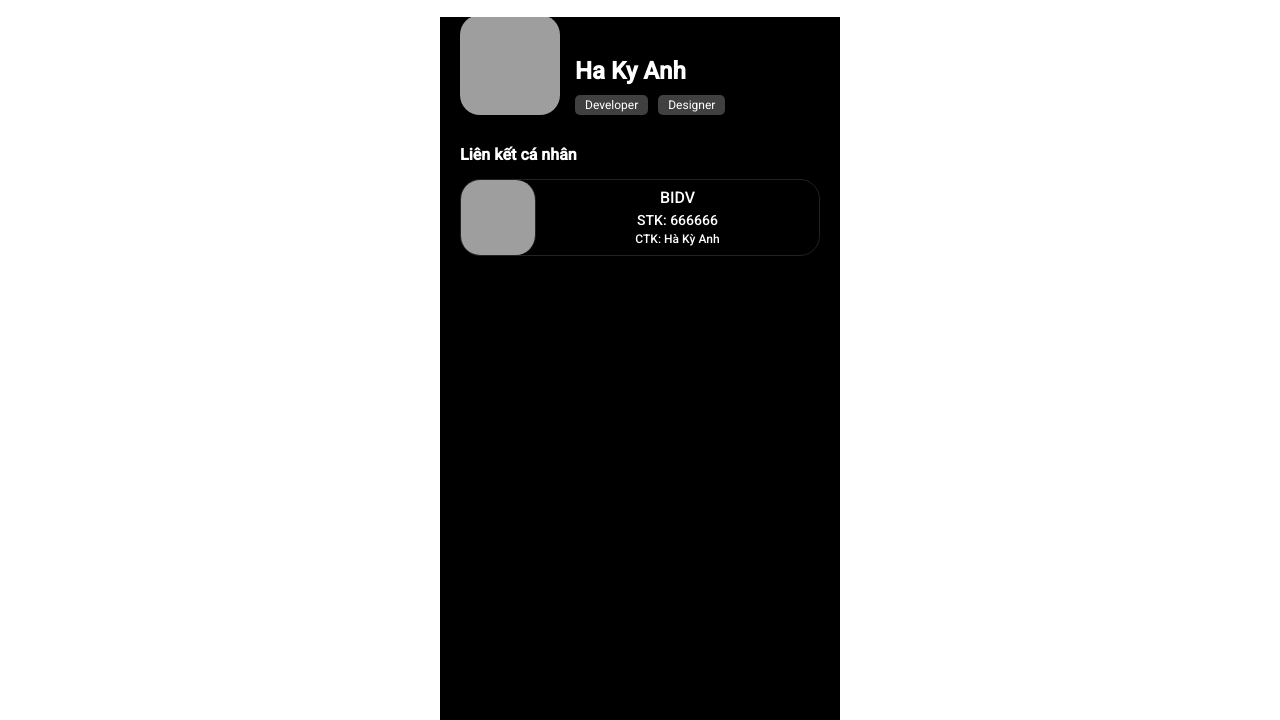
Repository: yzarc204/nguyen-tien-viet-hoang
Page: thong-tin-thanh-toan/index.html
These files come from the project's save history. The page is drawn as it stood at one moment and after the next save; the edit follows.
The browser window is 1280 px wide. The pictures show the whole page.
Pictures or frames that could not be fetched are drawn as grey boxes.

Above is the page before, as saved 2021-09-27 10:57:45.

### thong-tin-thanh-toan/index.html
<!DOCTYPE html>
<html lang="en">
<head>
    <meta charset="UTF-8">
    <meta http-equiv="X-UA-Compatible" content="IE=edge">
    <meta name="viewport" content="width=device-width, initial-scale=1.0">
    <title>Personal Card</title>
    <!-- Google Fonts -->
    <link rel="preconnect" href="https://fonts.googleapis.com">
    <link rel="preconnect" href="https://fonts.gstatic.com" crossorigin>
    <link href="https://fonts.googleapis.com/css2?family=Roboto:wght@300;400;500&display=swap" rel="stylesheet">
    <!-- CSS -->
    <link rel="stylesheet" href="./public/css/index.css">
</head>
<body>
    <div class="container">
        <div class="profile-header">
            <img alt="Avatar"
                src="https://source.unsplash.com/random"
                class="profile-avatar">
            <div class="profile-info">
                <h4 class="profile-name">Ha Ky Anh</h4>
                <div class="skills">
                    <div class="skill-tag">Developer</div>
                    <div class="skill-tag">Designer</div>
                </div>
            </div>
        </div>
        <h4 class="title">Liên kết cá nhân</h4>
        <div class="banks">
            <div class="bank">
                <img src="https://source.unsplash.com/random" class="bank-logo">
                <div class="bank-info">
                    <p class="bank-name">BIDV</p>
                    <p class="bank-number">STK: 666666</p>
                    <p class="bank-owner">CTK: Hà Kỳ Anh</p>
                </div>
                <span class="btn-copy">Copy</span>
            </div>
        </div>
    </div>
</body>
</html>

### thong-tin-thanh-toan/public/css/index.css
* {
    padding: 0;
    margin: 0;
    -webkit-box-sizing: border-box;
    font-family: 'Roboto', sans-serif;
}

body {
    width: 100%;
    overflow: hidden;
}

/* ===== CONTAINER ===== */
.container{
    width: 400px;
    height: 100vh;
    margin: 0 auto;
    padding: 15px 20px;
    overflow: hidden scroll;
    background: #000;
    color: #fff;
}
/* ===== PROFILE HEADER ===== */
.profile-header{
    width: 100%;
    display: flex;
    flex-wrap: wrap;
    margin-bottom: 30px;
}
.profile-avatar{
    width: 100px;
    height: 100px;
    object-fit: cover;
    object-position: center;
    border-radius: 20px;
}
.profile-info{
    margin-top: auto;
    padding: 0px 15px;
}
.profile-name{
    margin-bottom: 10px;
    font-size: 24px;
}
.skills{
    display: flex;
    flex-wrap: nowrap;
}
.skill-tag{
    padding: 3px 10px;
    margin-right: 10px;
    color: #fff;
    font-size: 12px;
    position: relative;
    display: none;
}
.skill-tag:before {
    content: "";
    position: absolute;
    top: 0;
    right: 0;
    bottom: 0;
    left: 0;
    background-color: currentColor;
    opacity: 0.25;
    border-radius: 5px;
}
.skill-tag:first-child {
    display: block;
}
.skill-tag:nth-child(2) {
    display: block;
}
/* ===== TITLE ===== */
.title{
    margin-bottom: 15px;
}
/* ===== BANKS ===== */
.banks {
    width: 100%;
    overflow: hidden;
    border: 1px solid #222;
    border-radius: var(--border-rounded);
    --size: 75px;
    --border-rounded: 20px;
}
.bank {
    width: 100%;
    height: var(--size);
    display: flex;
}
.bank-logo {
    width: var(--size);
    height: var(--size);
    border-right: 1px solid #222;
    border-top-right-radius: var(--border-rounded);
    border-bottom-right-radius: var(--border-rounded);
}
.bank-info {
    flex: 1;
    text-align: center;
    padding: 10px 7.5px;
    display: flex;
    flex-direction: column;
    justify-content: space-between;
    align-items: center;
}
.bank-info > p {
    font-weight: 500;
    line-height: 1;
}
.bank-name{
    font-size: 16px;
}
.bank-number{
    font-size: 14px;
}
.bank-owner {
    font-size: 12px;
}
.btn-copy{
    font-size: 12px;
    height: fit-content;
    padding: 10px;
    position: relative;
    top: 50%;
    right: 10px;
    transform: translateY(-50%);
}
.btn-copy {
    content: "";
    position: absolute;
    top: 0;
    right: 0;
    bottom: 0;
    left: 0;
    background: currentColor;
}

After the next save:
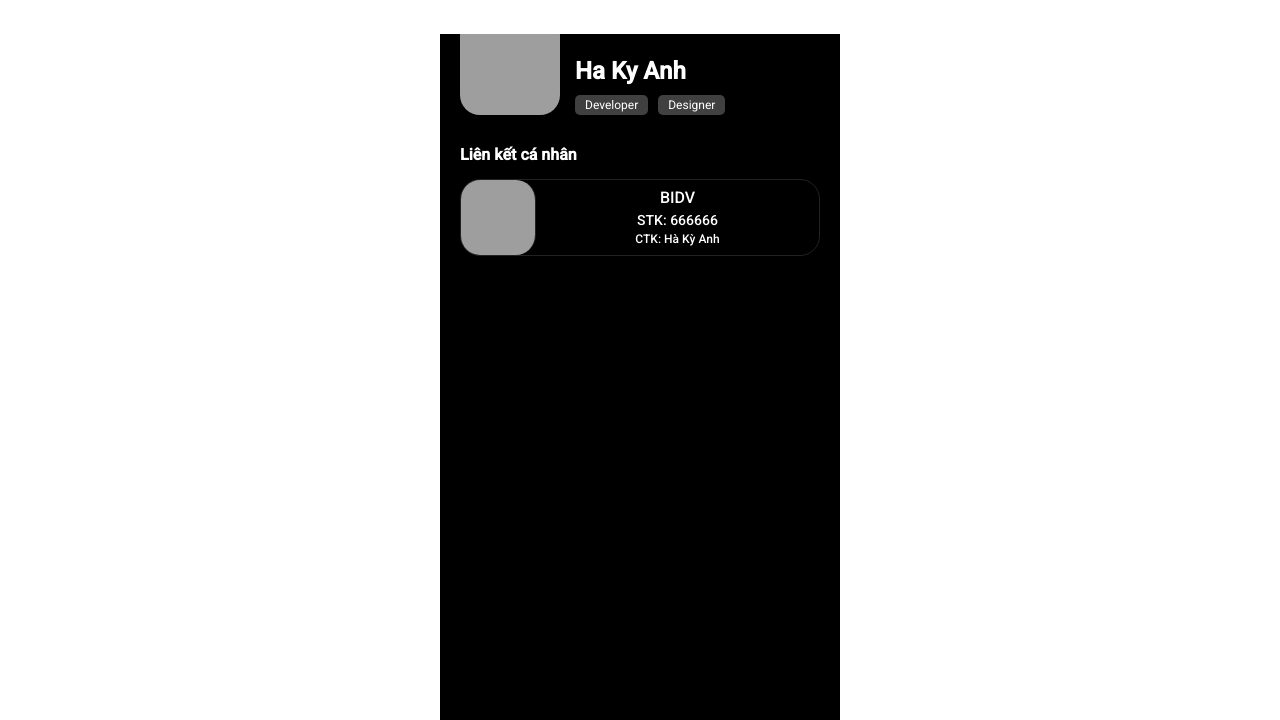
Saved 10 s later.
--- a/thong-tin-thanh-toan/public/css/index.css
+++ b/thong-tin-thanh-toan/public/css/index.css
@@ -125,7 +125,7 @@ body {
     position: relative;
     top: 50%;
     right: 10px;
-    transform: translateY(-50%);
+    /* transform: translateY(-50%); */
 }
 .btn-copy {
     content: "";
